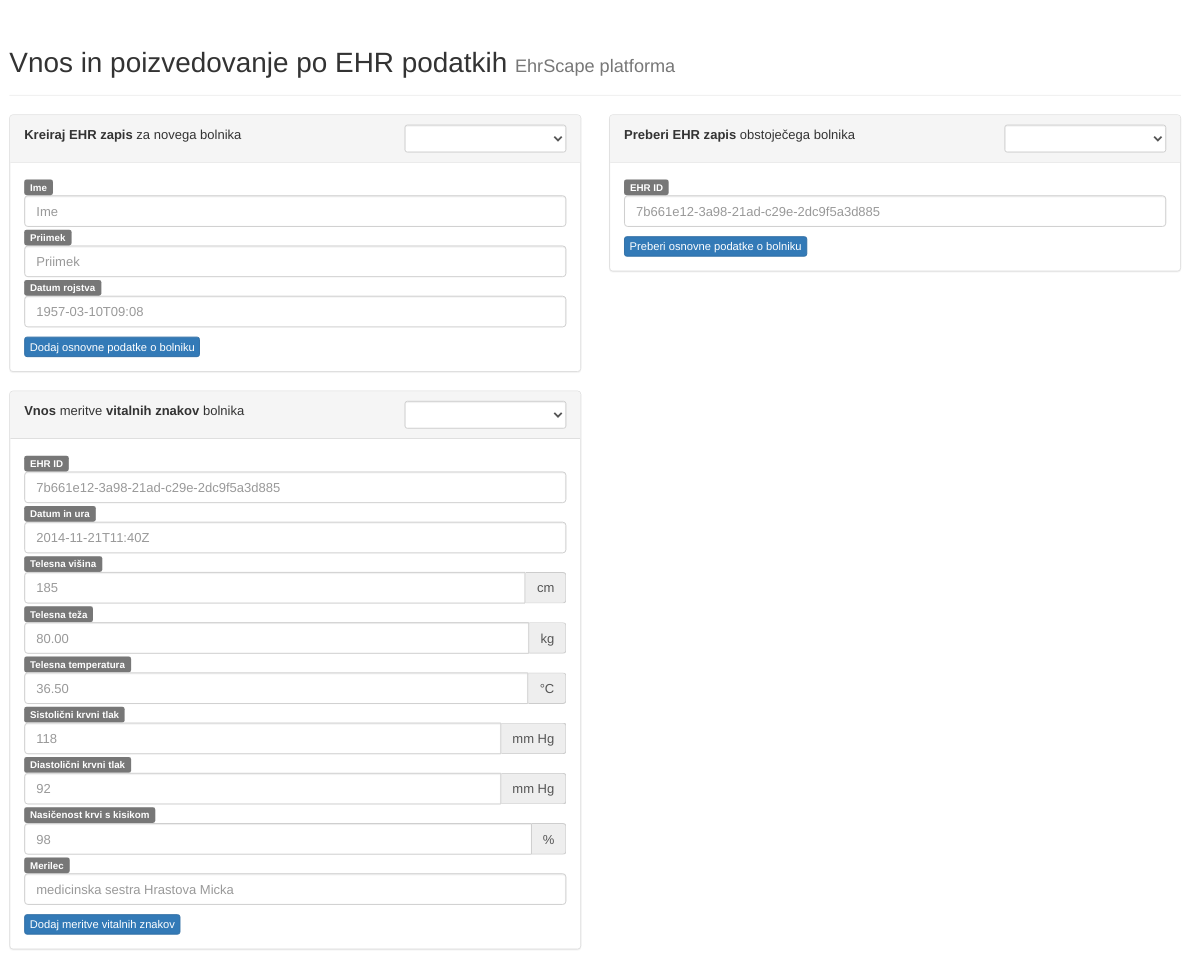
Repository: CheBato/ois-dn4
Page: index.html
The author's editor kept a record of every edit. The page is drawn from the files as they stood at one moment, then again after the next edit.
The browser window is 1280 px wide. The page is 1285 px wide, so the pictures cover 1285 px, including what lies to the right of the window. The pictures show the whole page, at 93% of full size.
Some web libraries are served in a nearby version.

Above is the page before.

After the next edit:
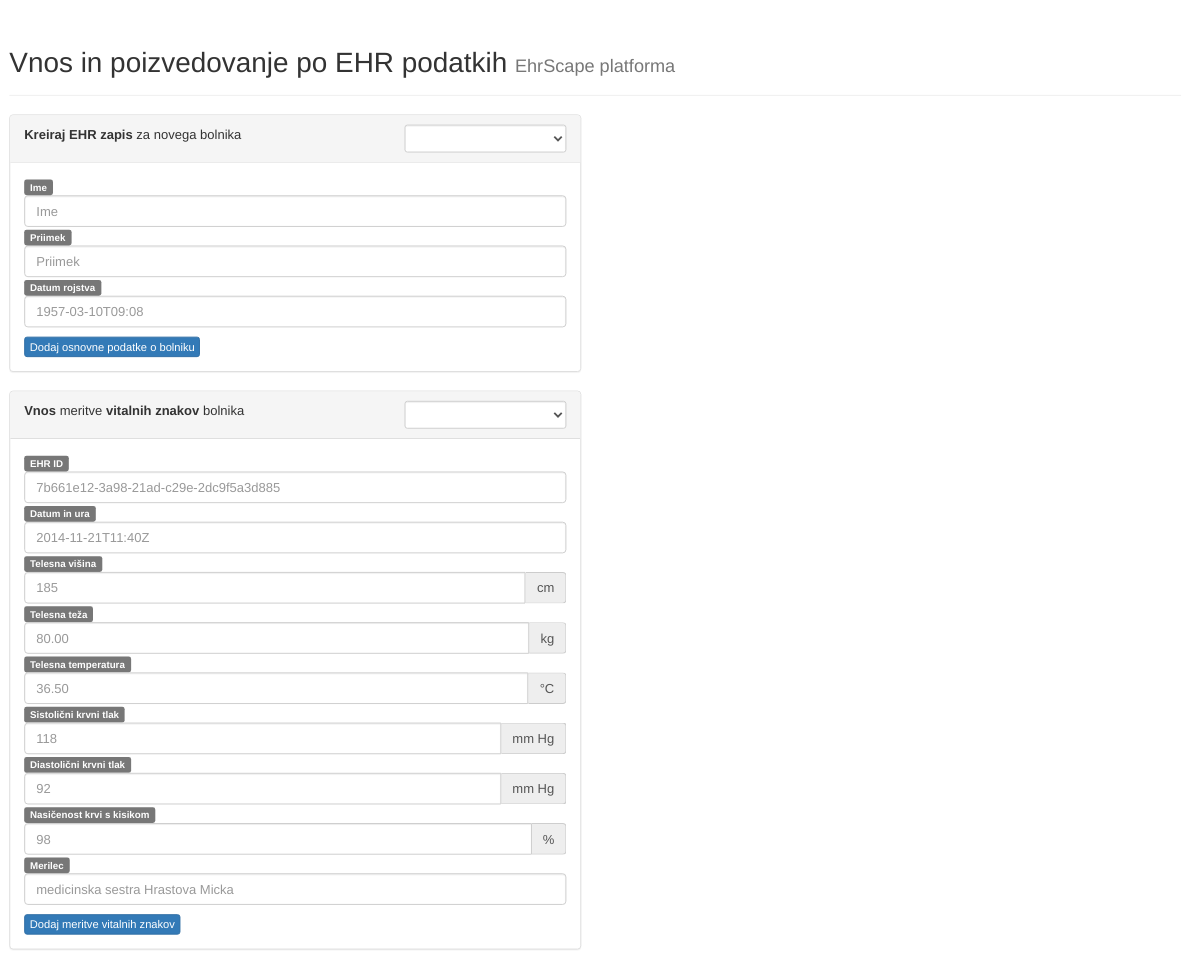
The edit:
--- a/index.html
+++ b/index.html
@@ -33,20 +33,7 @@
 				  	</div>
 				</div>
 			</div>
-			<div class="col-lg-6 col-md-6 col-sm-6">
-				<div class="panel panel-default">
-					<div class="panel-heading">
-						<div class="row">
-							<div class="col-lg-8 col-md-8 col-sm-8"><b>Preberi EHR zapis</b> obstoječega bolnika</div>
-							<div class="col-lg-4 col-md-4 col-sm-4"><select class="form-control input-sm" id="preberiObstojeciEHR"><option value=""></option><option value="254f791d-2e7c-49d9-b646-376f62d6ead5">Dejan Lavbič</option><option value="d564c6a3-5a43-4fcc-bfa7-9ac76e9673bd">Pujsa Pepa</option><option value="b931580f-2b05-488b-985b-8d9ffb08ad02">Ata Smrk</option></select></div>
-						</div>
-					</div>
-					<div class="panel-body">
-						<span class="label label-default">EHR ID</span><input id="preberiEHRid" type="text" class="form-control input-mini" placeholder="7b661e12-3a98-21ad-c29e-2dc9f5a3d885">
-						<button type="button" class="btn btn-primary btn-xs" onclick="preberiEHRodBolnika()">Preberi osnovne podatke o bolniku</button><span id="preberiSporocilo"></span>
-				  	</div>
-				</div>
-			</div>
+
 		</div>
 		<div class="row">
 			<div class="col-lg-6 col-md-6 col-sm-6">
